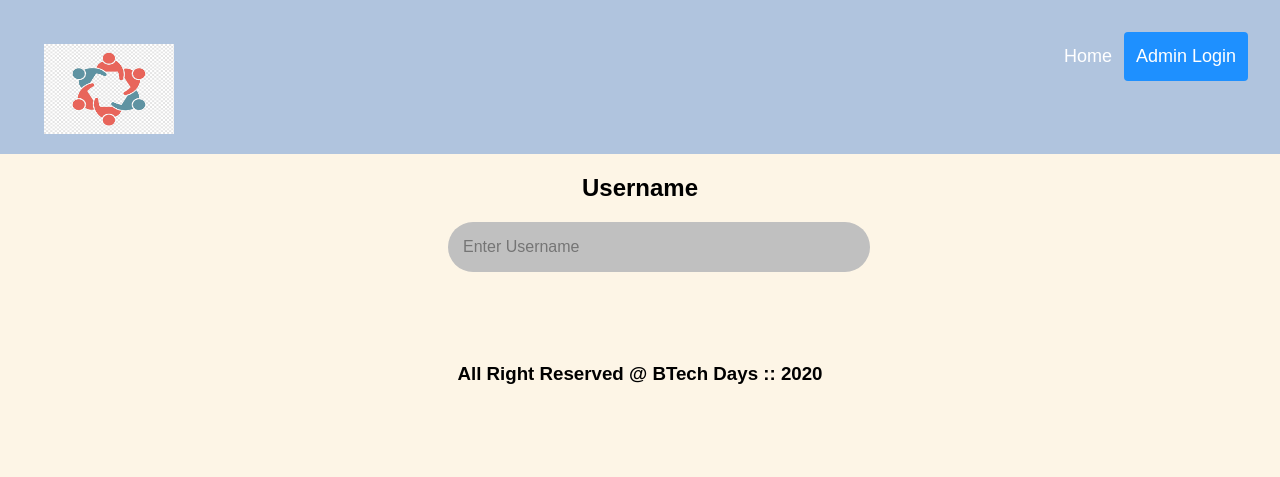
Repository: GopikaGnath/jsp
Page: http://localhost/job_seekers/adminLogin.jsp
An editor plug-in stored every save of this project. The page is shown before and after the next save, followed by the edit.
The browser window is 1280 px wide. The pictures show the whole page.
The page is served by Tomcat 9. Other server files are loaded and not shown.

Above is the page before, as saved 2023-07-17 10:16:35.

### job seekers/WebContent/adminLogin.jsp
<!DOCTYPE html>
<html lang="en">
<head>
 <link rel="stylesheet" href="style.css" type="text/css" media="screen">
<style>
input[type="text"], input[type="password"], input[type="submit"]
{
    border: none;
    background:silver;
    height: 50px;
    font-size: 16px;
	margin-left:35%;
	padding:15px;
	width:33%;
	border-radius: 25px;
}
</style>
</head>
<body>
<div class="header">
  <a href="#default" class="logo"><img class="logo" src="Logo 1.png"></a>
  <div class="header-right">
    <a href="index.jsp">Home</a>
    <a class="active" href="adminLogin.jsp">Admin Login</a>
  </div>
</div>
<body>
<div class="container">
<center><h2>Username</h2></center>
<input type="text" placeholder="Enter Username" name="Username" required>





</div>
<br>
<br>
<br>
<br>
<h3><center>All Right Reserved @ BTech Days :: 2020  </center></h3>
</body>
</html>

### job seekers/WebContent/style.css
body{
background-color:#FDF5E6;
}
img{
width:100%;
height:500px;
}

.logo{
width:130px;
height:90px;
}
body {
  margin: 0;
  font-family: Arial;
}

.header {
  overflow: hidden;
  background-color:#B0C4DE;
  padding: 20px 10px;
}

.header a {
  float: left;
  color: white;
  text-align: center;
  padding: 12px;
  text-decoration: none;
  font-size: 18px;
  line-height: 25px;
  border-radius: 4px;
}

.header a.logo {
  font-size: 25px;
  font-weight: bold;
}


.header a.active {
  background-color: dodgerblue;
  color: white;
}

.header-right {
  float: right;
}

@media screen and (max-width: 500px) {
  .header a {
    float: none;
    display: block;
    text-align: left;
  }
  .header-right {
    float: none;
  }
}
.slide{
background-color:red;
}


textarea
{
    border: none;
    margin-left:100px;
	background:silver;
	width:100%;
    font-size: 16px;
	padding:15px;

}
.textdiv{
	margin-left:2.5%;
	margin-right:2.5%;
	width:100%;
}

iframe{

	height:50%;
	width:90%;
}


.button {
  border-radius: 4px;
  background-color: black;
  border: solid;
  color: #FFFFFF;
  text-align: center;
  font-size: 23px;
  padding: 5px;
  width: 120px;
  transition: all 0.5s;
  cursor: pointer;
  margin: 5px;
}

.button1 {
  border-radius: 4px;
  background-color: black;
  border: solid;
  border-radius:30px;
  border-color:silver;
  color: #FFFFFF;
  text-align: center;
  font-size: 23px;
  padding: 5px;
  width: 140px;
  transition: all 0.5s;
  cursor: pointer;
  margin: 5px;
  float:right;
}

button span {
  cursor: pointer;
  display: inline-block;
  position: relative;
  transition: 0.5s;
}

button span:after ,button1 span:after {
  content: '\00bb';
  position: absolute;
  opacity: 0;
  top: 0;
  right: -20px;
  transition: 0.5s;
}

button:hover span , button1:hover span {
  padding-right: 25px;
}

button:hover span:after , button1:hover span:after {
  opacity: 1;
  right: 0;
}



.p1{
	margin-left:6%;
	margin-right:6%;
	padding:15%;
	 border-left: 6px solid silver;
	 border-right: 6px solid silver;
	  border-top: 6px solid gray;
	 border-bottom: 6px solid gray;
	margin-bottom:2px;
	 background: rgba(0, 0, 0, 0.2);

}
.p2
{
	margin-left:6%;
	margin-right:6%;
	padding:9%;
	border:solid;
	border-left: 6px solid silver;
	 border-right: 6px solid silver;
	  border-top: 6px solid gray;
	 border-bottom: 6px solid gray;
	margin-bottom:18px;
	 background: rgba(0, 0, 0, 0.2);
}


.p3{

	color:white;
	margin-left:6%;
}


.m1{
	width:140px;
}

* {
    box-sizing: border-box;
}

body {
    margin: 0;
    font-family: Arial;
}

.header {
    text-align: center;
    padding: 32px;
}

.row {
    display: -ms-flexbox; /* IE10 */
    display: flex;
    -ms-flex-wrap: wrap; /* IE10 */
    flex-wrap: wrap;
    padding: 0 4px;

}
.row1 {
    display: -ms-flexbox; /* IE10 */
    display: flex;
    -ms-flex-wrap: wrap; /* IE10 */
    flex-wrap: wrap;
    padding: 0 4px;
	background-color:black;

}


/* Create four equal columns that sits next to each other */
.column {
    -ms-flex: 25%; /* IE10 */
    flex: 25%;
    max-width: 50%;
    padding: 0 4px;
}
.column1 {
    -ms-flex: 25%; /* IE10 */
    flex: 25%;
    max-width: 100%;
    padding: 0 4px;
}


.column img {
    margin-top: 8px;
    vertical-align: middle;
	height:300px;
	padding:30px;
}

/* Responsive layout - makes a two column-layout instead of four columns */
@media screen and (max-width: 800px) {
    .column {
        -ms-flex: 50%;
        flex: 50%;
        max-width: 50%;
    }
}

/* Responsive layout - makes the two columns stack on top of each other instead of next to each other */
@media screen and (max-width: 600px) {
    .column {
        -ms-flex: 100%;
        flex: 100%;
        max-width: 100%;
    }
}
p{
padding:10px;
}

.h1d{
color:white;
margin-left:5%;
}
.h1e{
color:white;
margin-left:28%;
}

After the next save:
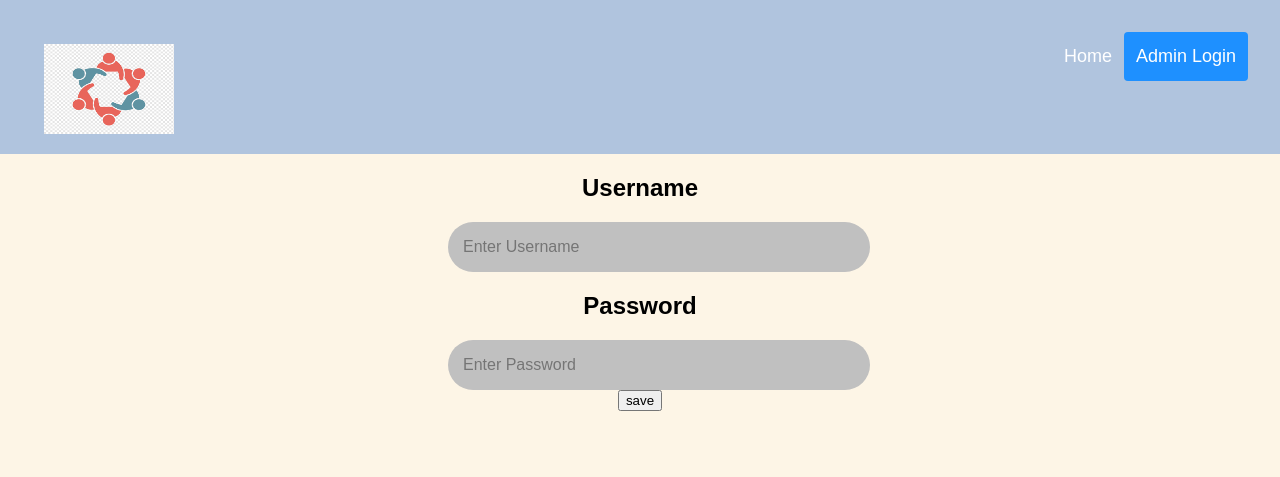
Saved 3 min 16 s later.
--- a/job seekers/WebContent/adminLogin.jsp
+++ b/job seekers/WebContent/adminLogin.jsp
@@ -28,16 +28,15 @@
 <div class="container">
 <center><h2>Username</h2></center>
 <input type="text" placeholder="Enter Username" name="Username" required>
+<center><h2>Password</h2></center>
+<input type="password" placeholder="Enter Password" name="Password" required>
+<center><button>save</button></center>
 
 
 
 
 
 </div>
-<br>
-<br>
-<br>
-<br>
-<h3><center>All Right Reserved @ BTech Days :: 2020  </center></h3>
+
 </body>
 </html>

After the save that followed:
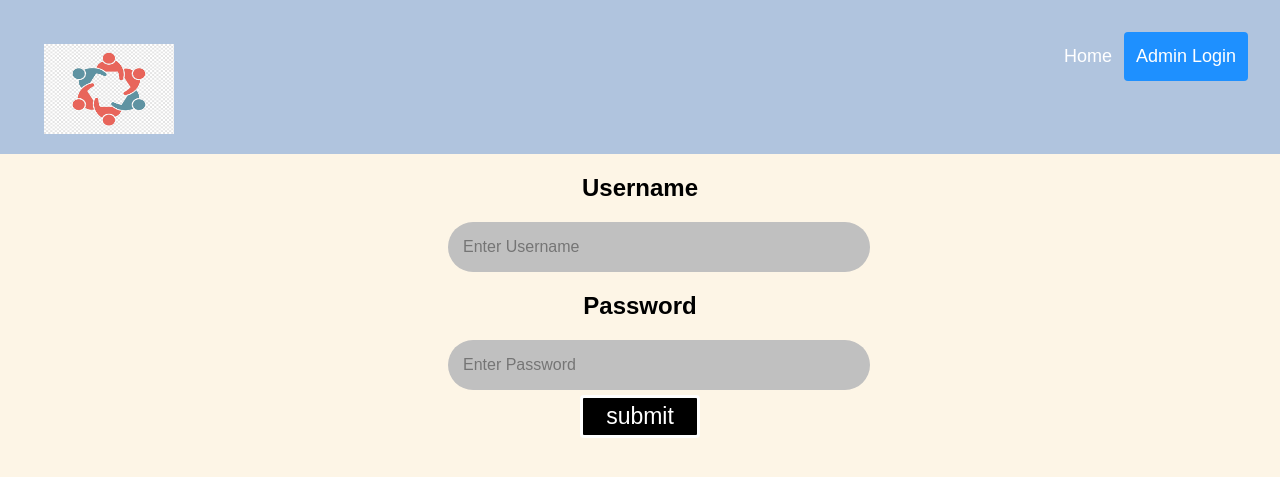
Saved 98 s later.
--- a/job seekers/WebContent/adminLogin.jsp
+++ b/job seekers/WebContent/adminLogin.jsp
@@ -30,7 +30,7 @@
 <input type="text" placeholder="Enter Username" name="Username" required>
 <center><h2>Password</h2></center>
 <input type="password" placeholder="Enter Password" name="Password" required>
-<center><button>save</button></center>
+<center><button type="submit" Class="button">submit</button></center>
 
 
 
